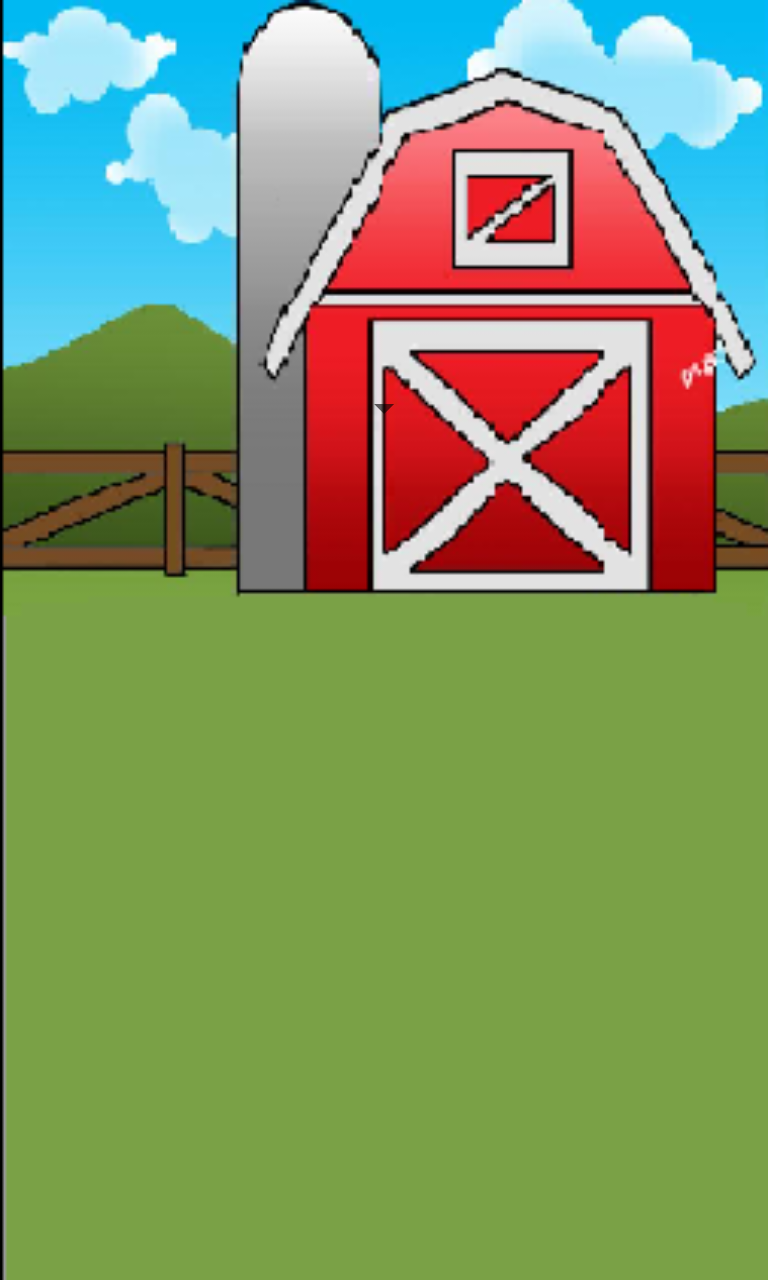
Repository: jdmielke/AnimalApp
Layout: AWEA/res/layout/activity_main.xml
An editor plug-in stored every save of this project. The layout is shown before and after the next save, followed by the edit.
It is drawn on a 768 x 1280 px phone screen (xhdpi) without system bars, with theme AppTheme; the app's code is not run.

Above is the layout before, as saved 2014-10-15 23:27:02.

After the next save:
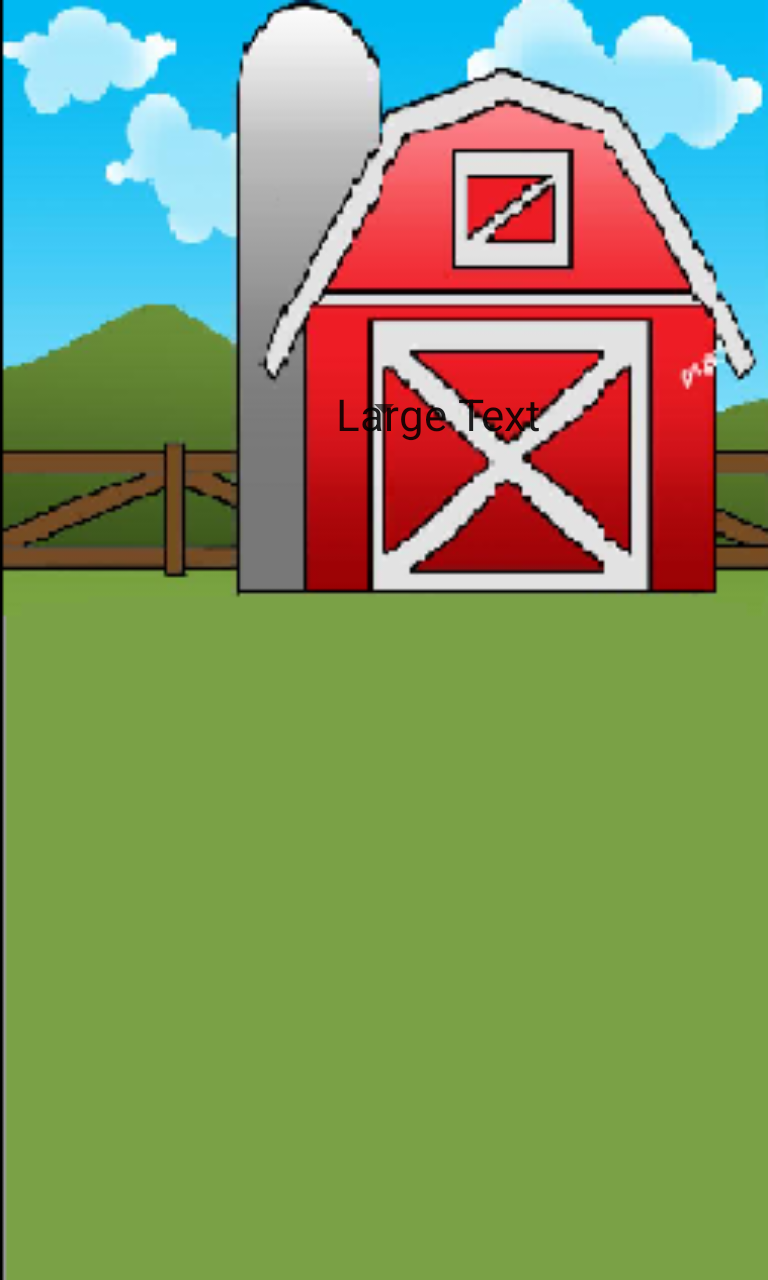
Saved 3 s later.
--- a/AWEA/res/layout/activity_main.xml
+++ b/AWEA/res/layout/activity_main.xml
@@ -17,4 +17,13 @@
         android:layout_centerHorizontal="true"
         android:layout_marginTop="176dp" />
 
+    <TextView
+        android:id="@+id/spinnerTitle"
+        android:layout_width="wrap_content"
+        android:layout_height="wrap_content"
+        android:layout_alignLeft="@+id/spinner1"
+        android:layout_alignTop="@+id/spinner1"
+        android:text="Large Text"
+        android:textAppearance="?android:attr/textAppearanceLarge" />
+
 </RelativeLayout>
